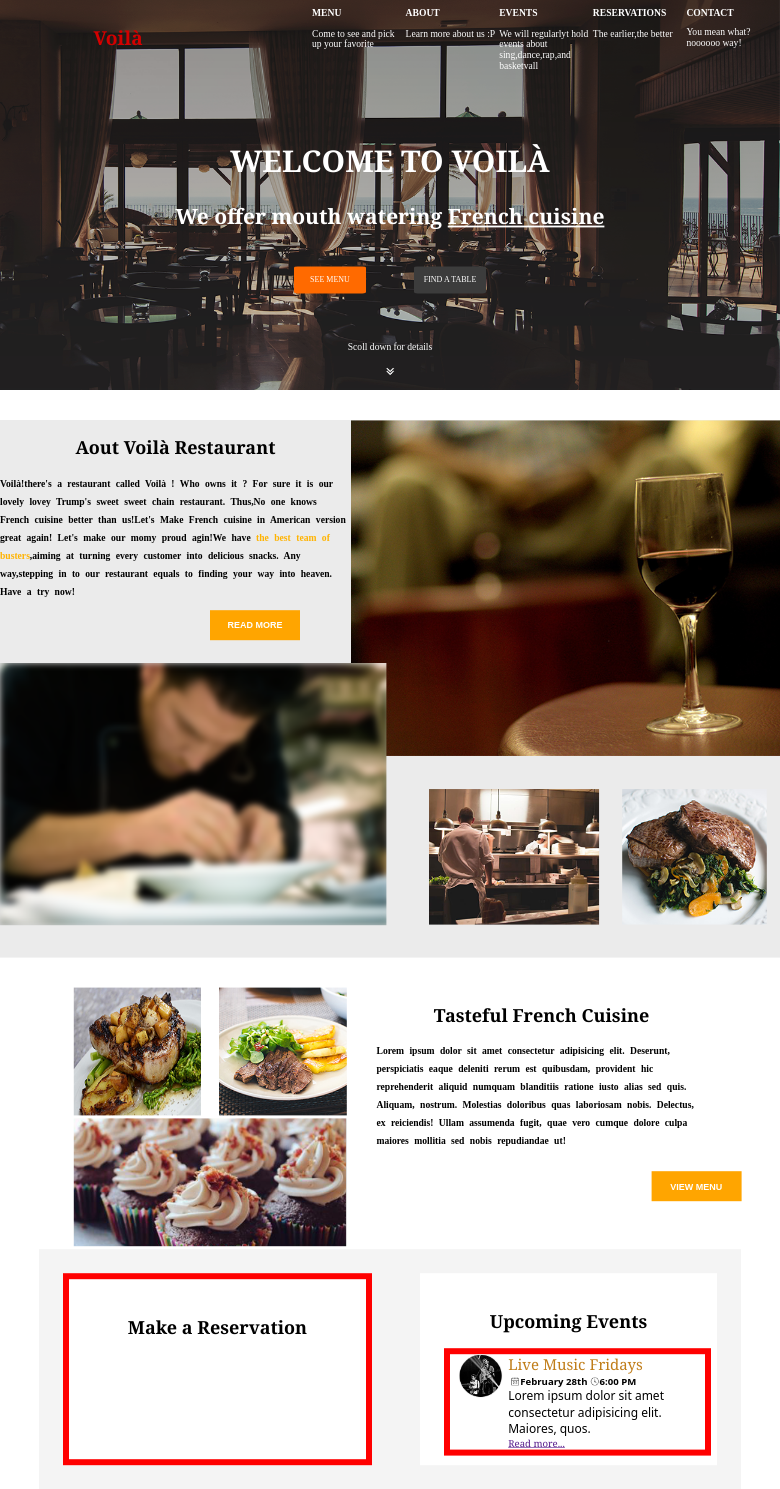
Repository: sis-shen/HTML_vsc
Page: adc_v2/index.html
These files come from the project's save history. The page is drawn as it stood at one moment and after the next save; the edit follows.
The browser window is 1280 px wide. The page is 1300 px wide, so the pictures cover 1300 px, including what lies to the right of the window. The pictures show the whole page, at 60% of full size.

Above is the page before, as saved 2023-08-18 13:34:57.

After the next save:
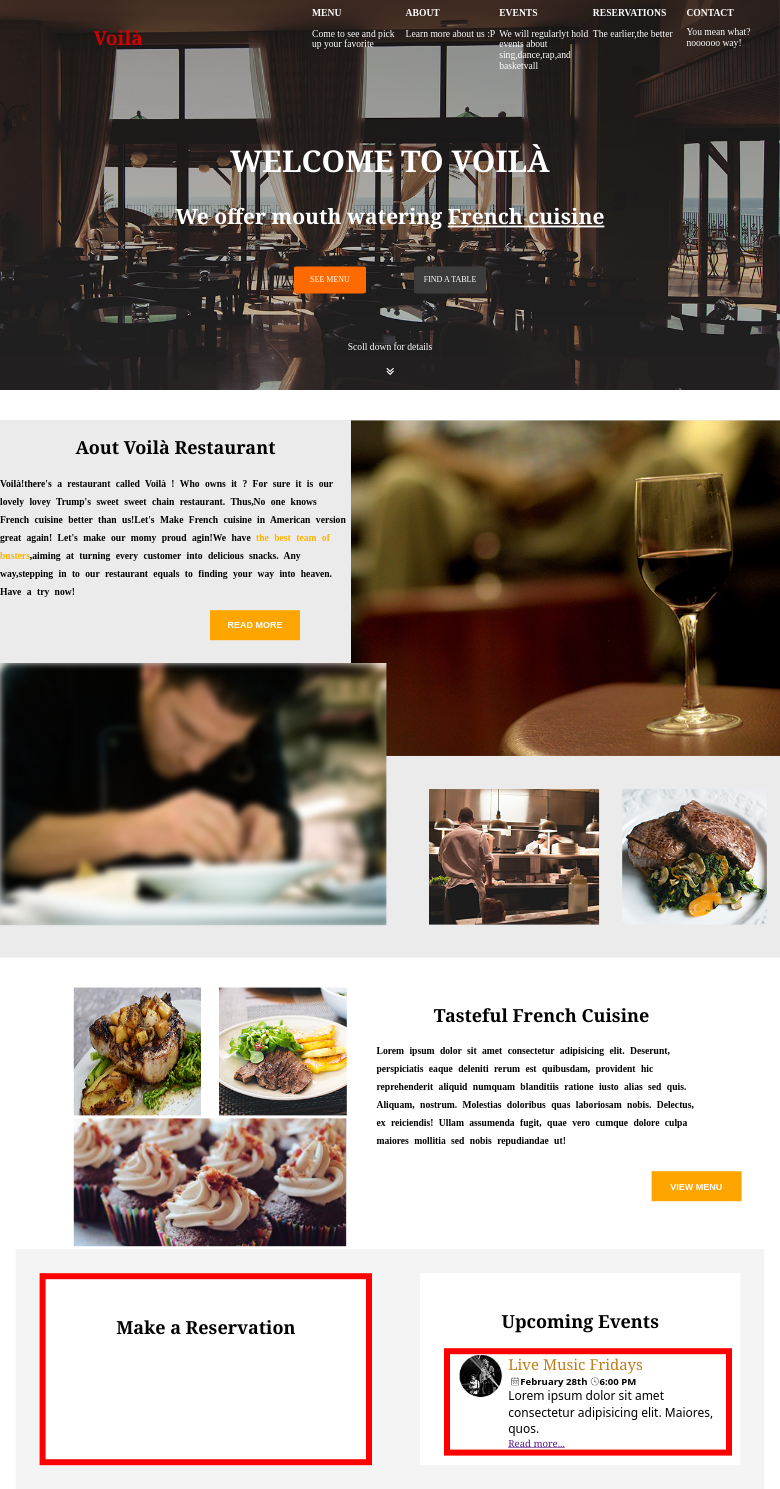
Saved 35 s later.
--- a/adc_v2/style.css
+++ b/adc_v2/style.css
@@ -308,7 +308,7 @@ body {
 
 .res-events{
     margin: 0 auto;
-    width: 90%;
+    width: 96%;
     display: flex;
     background-color: #f4f4f4;
 
